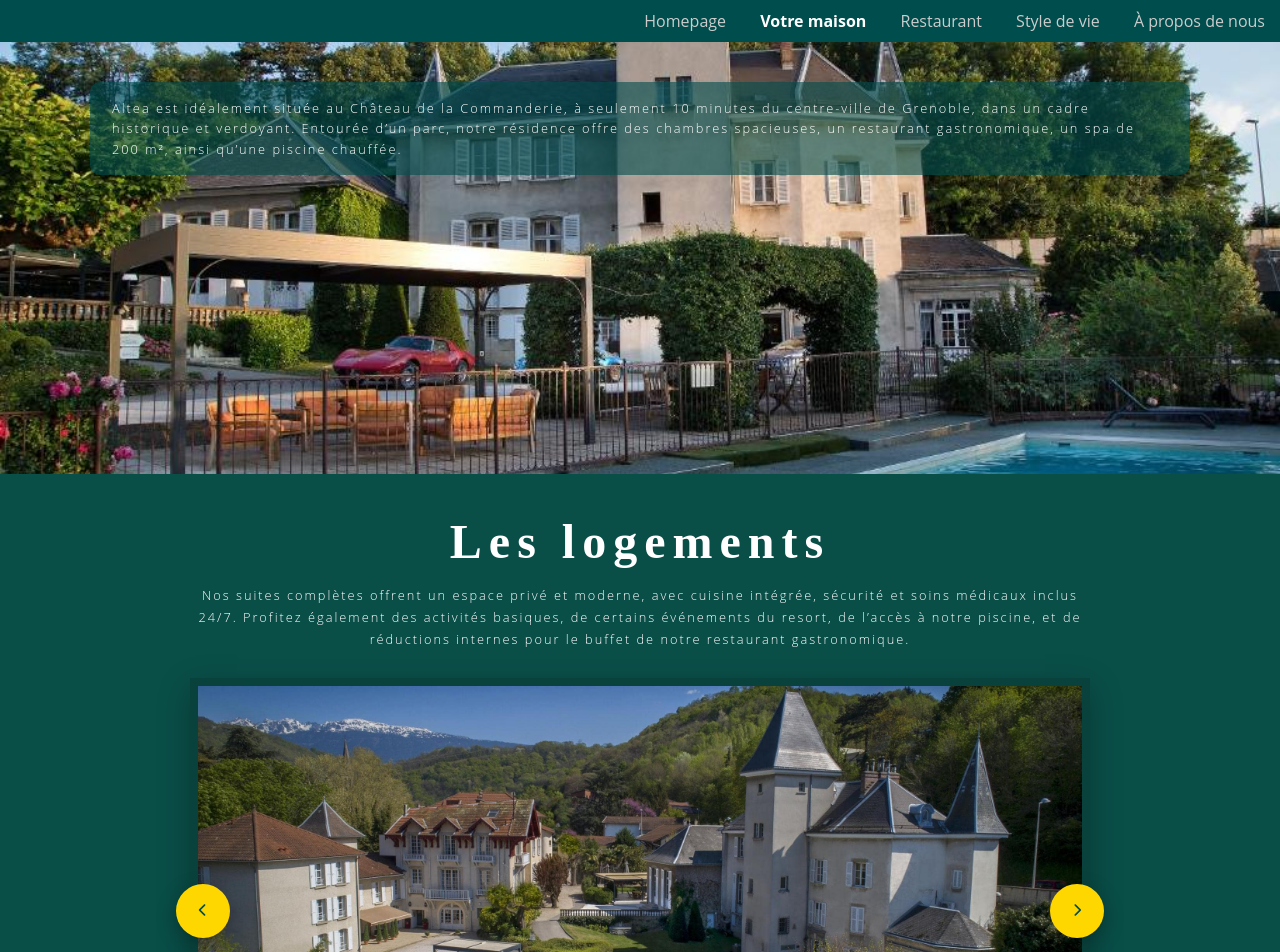
Repository: Rahimzeeeer/alteaaaa
Page: maison.html
These files come from the project's save history. The page is drawn as it stood at one moment and after the next save; the edit follows.
The browser window is 1280 px wide. The pictures show the part of the page from y = 0 to 952 px (the page is 3072 px tall).
A picture or video elsewhere on the page could not be fetched, so the positions and the page height are approximate.

Above is the page before, as saved 2025-08-12 17:01:26.

After the next save:
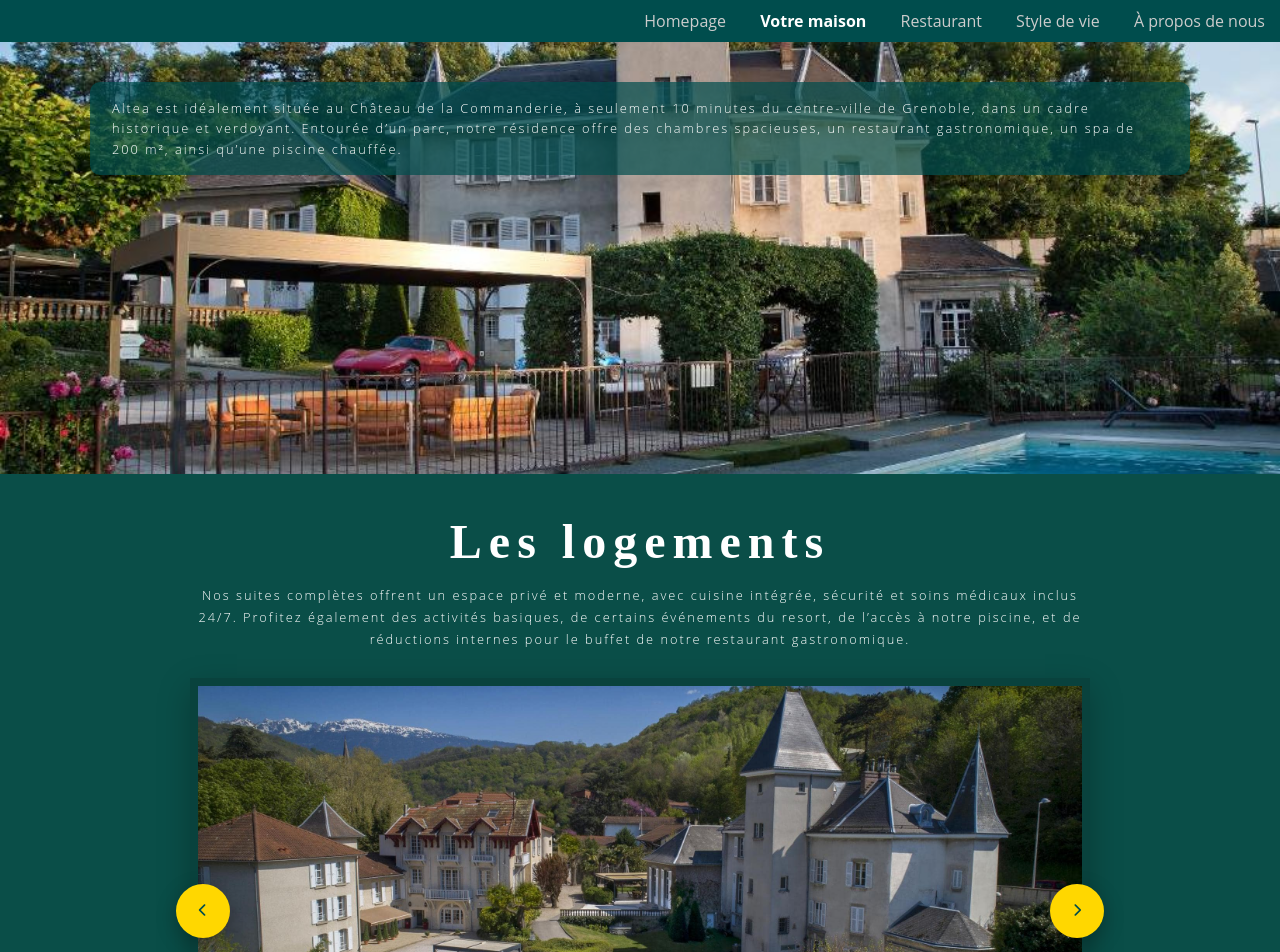
Saved 9 s later.
--- a/style.css
+++ b/style.css
@@ -362,7 +362,7 @@ body{
   z-index: 1;
   max-width: 1100px;
   margin: 0 20px;
-  background: rgba(0,77,77,.6);
+  background: rgba(0,77,77,.7);
   color: var(--white);
   padding: 16px 22px;
   border-radius: 10px;
